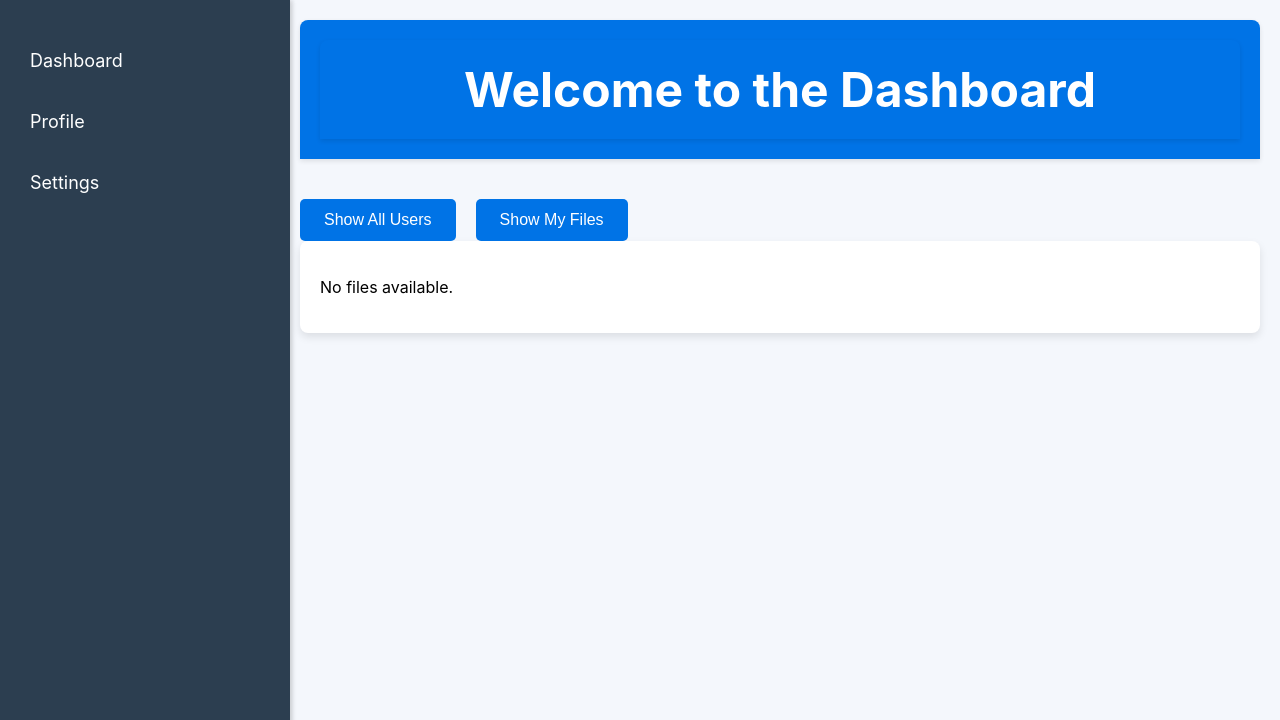
Repository: JaafarRezk/FrontEnd-InternetApplications
Page: /dashboard
An editor plug-in stored every save of this project. The page is shown before and after the next save, followed by the edit.
The browser window is 1280 px wide. The pictures show the whole page.
The project was rebuilt for these pictures with package versions that can differ from the ones it lists, and the page was loaded fresh each time. Also part of the build but not shown: src/styles/Home.module.css, src/components/Home.js, src/styles/Auth.module.css, src/components/Auth/Login.js, src/components/Auth/Register.js.

Above is the page before, as saved 2024-11-09 16:59:30.

### src/App.js
// src/App.js
import React from 'react';
import { BrowserRouter as Router, Route, Routes } from 'react-router-dom';
import Home from './components/Home';
import Login from './components/Auth/Login';

import Dashboard from './components/Dashboard';
import Register from './components/Auth/Register';

function App() {
  return (
    <Router>
      <div className="App">
      <Routes>
      <Route path="/" element={<Home />} />
        <Route path="/login" element={<Login />} />
        <Route path="/register" element={<Register />} />
        <Route path="/dashboard" element={<Dashboard />} />
      </Routes>
      </div>
    </Router>
  );
}

export default App;

### src/components/Dashboard.js
import React, { useState } from 'react';
import axios from 'axios';
import Sidebar from './Sidebar';
import Header from './Header';
import Toolbar from './Toolbar';
import Content from './Contnent';
import styles from '../styles/Dashboard.module.css';
import SidebarStyles from '../styles/Sidebar.module.css';
import HeaderStyles from '../styles/Header.module.css';
import ToolbarStyles from '../styles/Toolbar.module.css';

const Dashboard = () => {
  const [users, setUsers] = useState([]);
  const [files, setFiles] = useState([]);
  const [error, setError] = useState('');
  const [loading, setLoading] = useState(false);
  const [currentPage, setCurrentPage] = useState(1);
  const [totalPages, setTotalPages] = useState(1);

  const fetchUsers = async () => {
    setLoading(true);
    setError('');
    try {
      const token = localStorage.getItem('token');
      const response = await axios.get('http://127.0.0.1:8000/api/allUsers', {
        headers: {
          Authorization: `Bearer ${token}`,
        },
      });
      setUsers(response.data.data);
    } catch (error) {
      setError('Failed to load users.');
      console.error(error);
    } finally {
      setLoading(false);
    }
  };

  const fetchFiles = async (page = 1) => {
    setLoading(true);
    setError('');
    try {
      const token = localStorage.getItem('token');
      const response = await axios.get(`http://127.0.0.1:8000/api/file/getMyFiles?page=${page}`, {
        headers: {
          Authorization: `Bearer ${token}`,
        },
      });
      console.log(response.status);
      console.log('API Response:', response.data);

      if (response.data.data && response.data.data.length > 0) {
        setFiles(response.data.data);
        setCurrentPage(response.data.current_page);
        setTotalPages(response.data.last_page);
      } else {
        setFiles([]);
      }
    } catch (error) {
      setError('Failed to load files.');
      console.error(error);
    } finally {
      setLoading(false);
    }
  };
  return (
    <div className={styles.dashboard}>
      <div className={SidebarStyles.sidebar}>
        <Sidebar />
      </div>
      <div className={styles.mainContent}>
        <div className={HeaderStyles.header}>
          <Header />
        </div>
        <div className={ToolbarStyles.toolbar}>
          <Toolbar fetchUsers={fetchUsers} fetchFiles={fetchFiles} loading={loading} />
        </div>
        <Content
          users={users}
          files={files}
          error={error}
          loading={loading}
          fetchFiles={fetchFiles}
          currentPage={currentPage}
          totalPages={totalPages}
        />
      </div>
    </div>
  );
};

export default Dashboard;

### src/components/Sidebar.js
import React from 'react';
import { Link } from 'react-router-dom';
import styles from '../styles/Sidebar.module.css';

const Sidebar = () => {
  return (
    <div className={styles.sidebar}>
      <ul>
        <li><Link to="/dashboard">Dashboard</Link></li>
        <li><Link to="/profile">Profile</Link></li>
        <li><Link to="/settings">Settings</Link></li>
      </ul>
    </div>
  );
};

export default Sidebar;

### src/components/Header.js
import React from 'react';
import styles from '../styles/Header.module.css';

const Header = () => {
  return (
    <div className={styles.header}>
      <h1>Welcome to the Dashboard</h1>
    </div>
  );
};

export default Header;

### src/components/Toolbar.js
import React from 'react';
import styles from '../styles/Toolbar.module.css';

const Toolbar = ({ fetchUsers, fetchFiles, loading }) => {
  return (
    <div className={styles.toolbar}>
      <button onClick={fetchUsers} className={styles.button} disabled={loading}>
        {loading ? 'Loading Users...' : 'Show All Users'}
      </button>
      <button onClick={fetchFiles} className={styles.button} disabled={loading}>
        {loading ? 'Loading Files...' : 'Show My Files'}
      </button>
    </div>
  );
};

export default Toolbar;

### src/components/Contnent.js
import React from 'react';
import styles from '../styles/Content.module.css';

const Content = ({ users, files, error, loading }) => {
  return (
    <div className={styles.content}>
      {loading && <p>Loading...</p>}
      {error && <p className={styles.error}>{error}</p>}

      {files && files.length > 0 ? (
        <div className={styles.cardContainer}>
          <div className={styles.card}>
            <h3>My Files</h3>
            <ul>
              {files.map((file) => (
                <li key={file.id}>
                  <strong>{file.name}</strong> {/* You can add other file details here */}
                </li>
              ))}
            </ul>
          </div>
        </div>
      ) : (
        <p>No files available.</p>
      )}

      {users.length > 0 && (
        <div className={styles.cardContainer}>
          <div className={styles.card}>
            <h3>Users:</h3>
            <ul>
              {users.map((user) => (
                <li key={user.id}>
                  {user.name} - {user.email}
                </li>
              ))}
            </ul>
          </div>
        </div>
      )}
    </div>
  );
};

export default Content;

### src/styles/Dashboard.module.css
/* Dashboard.module.css */
.dashboard {
    display: flex;
    min-height: 100vh;
    background-color: #f4f7fc;
  }

  .mainContent {
    flex: 1;
    margin-left: 280px; /* Space for Sidebar */
    padding: 20px;
  }

  @media (max-width: 768px) {
    .mainContent {
      margin-left: 0;
    }
  }

### src/styles/Sidebar.module.css
/* Sidebar.module.css */
.sidebar {
    width: 250px;
    background-color: #2c3e50;
    color: white;
    padding: 20px;
    height: 100vh;
    position: fixed;
    top: 0;
    left: 0;
    box-shadow: 2px 0 5px rgba(0, 0, 0, 0.1);
    transition: width 0.3s;
  }

  .sidebar ul {
    list-style-type: none;
    padding: 0;
  }

  .sidebar li {
    margin: 20px 0;
  }

  .sidebar li a {
    color: white;
    text-decoration: none;
    font-size: 18px;
    display: block;
    padding: 10px;
    border-radius: 4px;
    transition: background-color 0.3s;
  }

  .sidebar li a:hover {
    background-color: #0073e6;
  }

### src/styles/Header.module.css
/* Header.module.css */
.header {
    background-color: #0073e6;
    color: white;
    padding: 20px;
    text-align: center;
    font-size: 24px;
    font-weight: bold;
    box-shadow: 0 2px 5px rgba(0, 0, 0, 0.1);
    border-radius: 8px 8px 0 0;
  }

  .header h1 {
    margin: 0;
  }

### src/styles/Toolbar.module.css
/* Toolbar.module.css */
.toolbar {
    display: flex;
    gap: 20px;
    margin-top: 20px;
    align-items: center;
  }

  .button {
    padding: 12px 24px;
    background-color: #0073e6;
    color: white;
    border: none;
    cursor: pointer;
    border-radius: 5px;
    transition: background-color 0.3s, transform 0.2s;
    font-size: 16px;
  }

  .button:hover {
    background-color: #005bb5;
    transform: scale(1.05);
  }

  .button:disabled {
    background-color: #cccccc;
    cursor: not-allowed;
  }

  @media (max-width: 768px) {
    .toolbar {
      flex-direction: column;
      gap: 10px;
    }

    .button {
      width: 100%;
    }
  }

### src/styles/Content.module.css
/* Content.module.css */
.content {
    padding: 20px;
    background-color: #fff;
    border-radius: 8px;
    box-shadow: 0 4px 8px rgba(0, 0, 0, 0.1);
  }

  .error {
    color: red;
    font-weight: bold;
  }

  .cardContainer {
    margin-top: 20px;
  }

  .card {
    background-color: #f9f9f9;
    padding: 15px;
    border-radius: 8px;
    box-shadow: 0 4px 8px rgba(0, 0, 0, 0.05);
  }

  .card h3 {
    margin-bottom: 10px;
    color: #333;
  }

  .card ul {
    list-style-type: none;
    padding: 0;
  }

  .card li {
    padding: 8px 0;
    border-bottom: 1px solid #eee;
  }

  .card li:last-child {
    border-bottom: none;
  }

  .card li:hover {
    background-color: #f1f1f1;
    cursor: pointer;
    transition: background-color 0.3s;
  }

  .card li strong {
    font-size: 16px;
    color: #333;
  }

  .pagination {
    display: flex;
    justify-content: center;
    margin-top: 20px;
  }

  .pagination button {
    padding: 8px 16px;
    background-color: #4CAF50;
    color: white;
    border: none;
    border-radius: 5px;
    cursor: pointer;
    margin: 0 5px;
    font-size: 14px;
  }

  .pagination button:disabled {
    background-color: #ccc;
    cursor: not-allowed;
  }

  .pagination span {
    align-self: center;
    font-size: 16px;
  }

Loaded but not shown: public/index.html (common file); src/index.js (common file); src/index.css (common file); src/reportWebVitals.js (common file)

After the next save:
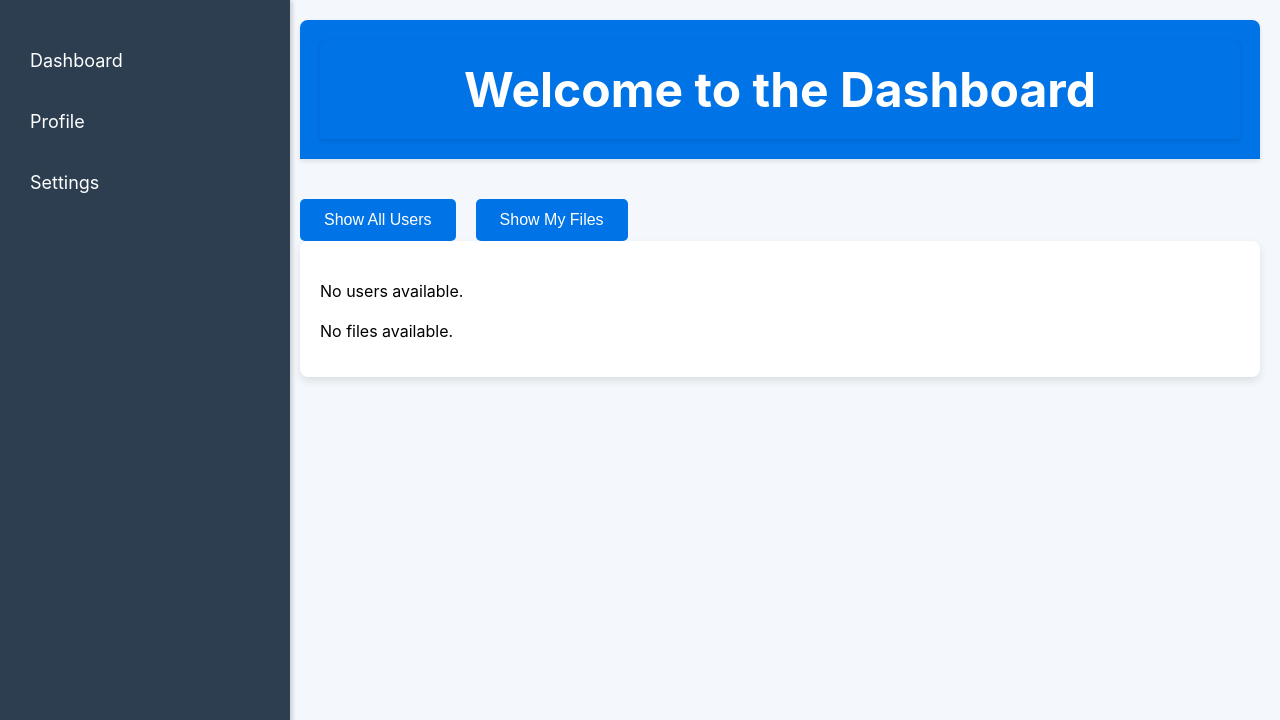
Saved 108 s later.
--- a/src/components/Contnent.js
+++ b/src/components/Contnent.js
@@ -4,40 +4,45 @@ import styles from '../styles/Content.module.css';
 const Content = ({ users, files, error, loading }) => {
   return (
     <div className={styles.content}>
-      {loading && <p>Loading...</p>}
-      {error && <p className={styles.error}>{error}</p>}
-
-      {files && files.length > 0 ? (
-        <div className={styles.cardContainer}>
-          <div className={styles.card}>
-            <h3>My Files</h3>
-            <ul>
-              {files.map((file) => (
-                <li key={file.id}>
-                  <strong>{file.name}</strong> {/* You can add other file details here */}
-                </li>
-              ))}
-            </ul>
-          </div>
-        </div>
-      ) : (
-        <p>No files available.</p>
-      )}
-
-      {users.length > 0 && (
-        <div className={styles.cardContainer}>
+      <div className={styles.cardContainer}>
+        {/* Users Section */}
+        {users && users.length > 0 ? (
           <div className={styles.card}>
             <h3>Users:</h3>
             <ul>
               {users.map((user) => (
                 <li key={user.id}>
-                  {user.name} - {user.email}
+                  <strong>{user.name}</strong> - {user.email}
                 </li>
               ))}
             </ul>
           </div>
-        </div>
-      )}
+        ) : (
+          <p>No users available.</p>
+        )}
+      </div>
+
+      {/* Files Section */}
+      <div className={styles.cardContainer}>
+        {files && files.length > 0 ? (
+          <div className={styles.card}>
+            <h3>My Files:</h3>
+            <ul>
+              {files.map((file) => (
+                <li key={file.id}>
+                  <strong>{file.name}</strong> {/* You can add more file details here */}
+                </li>
+              ))}
+            </ul>
+          </div>
+        ) : (
+          <p>No files available.</p>
+        )}
+      </div>
+
+      {/* Error Handling */}
+      {error && <p className={styles.error}>{error}</p>}
+      {loading && <p>Loading...</p>}
     </div>
   );
 };
